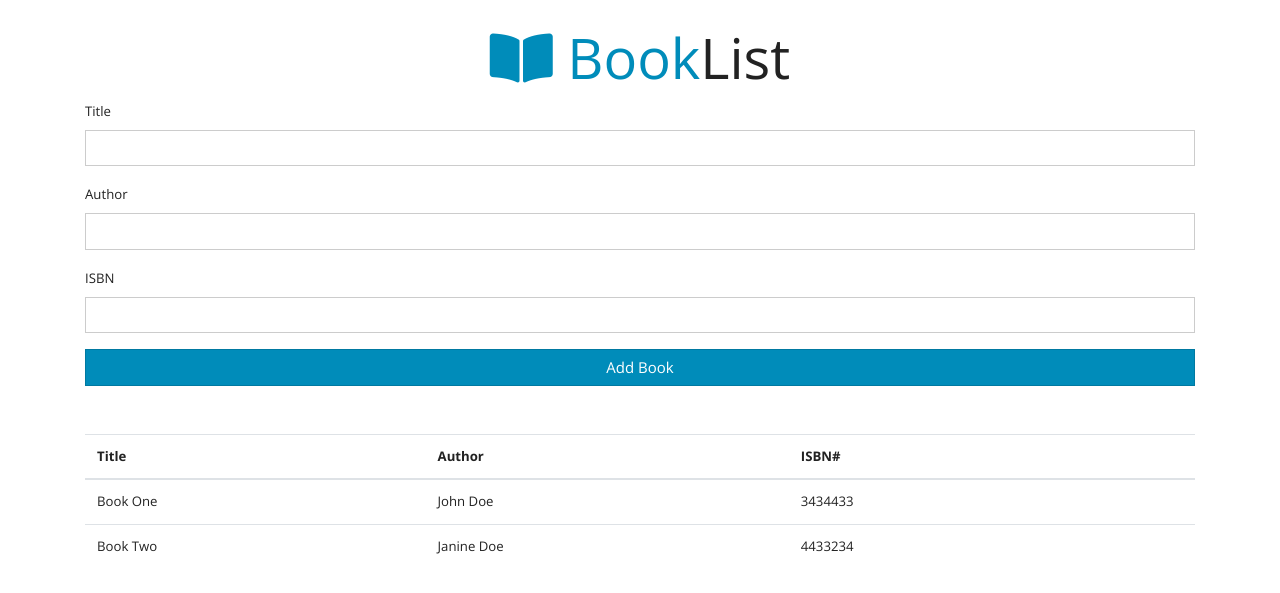
Repository: carrascomcesar/JSBOOKLIST
Page: index.html
These files come from the project's save history. The page is drawn as it stood at one moment and after a run of saves; the edit follows.
The browser window is 1280 px wide. The pictures show the whole page.
Some web libraries are served in a nearby version.

Above is the page before, as saved 2021-02-01 11:09:11.

After the next 3 saves:
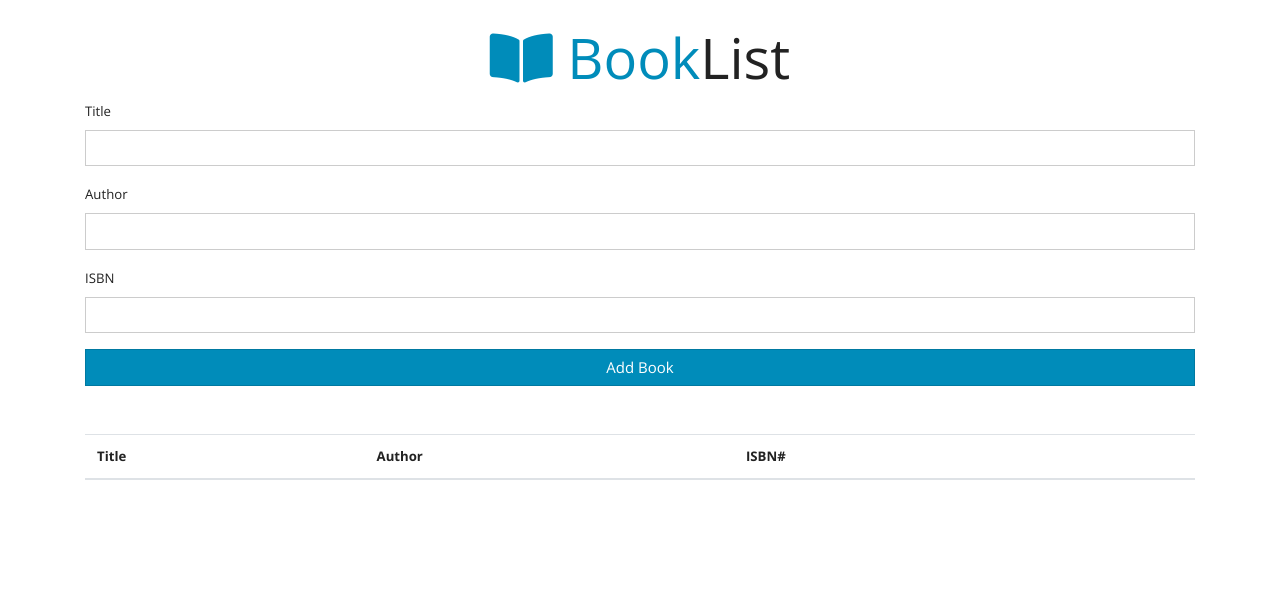
Console error: SyntaxError: Unexpected token ';'
The 3 saves are shown as one change because they came seconds apart.
The last was saved 11 s later.
--- a/app.js
+++ b/app.js
@@ -39,7 +39,8 @@ class UI {
         `;
       list.appendChild(row);
   }
-
+    static ClearFields();
+    document.querySelector('title')
 }
 // Store Class: Handles Local Storage
 
